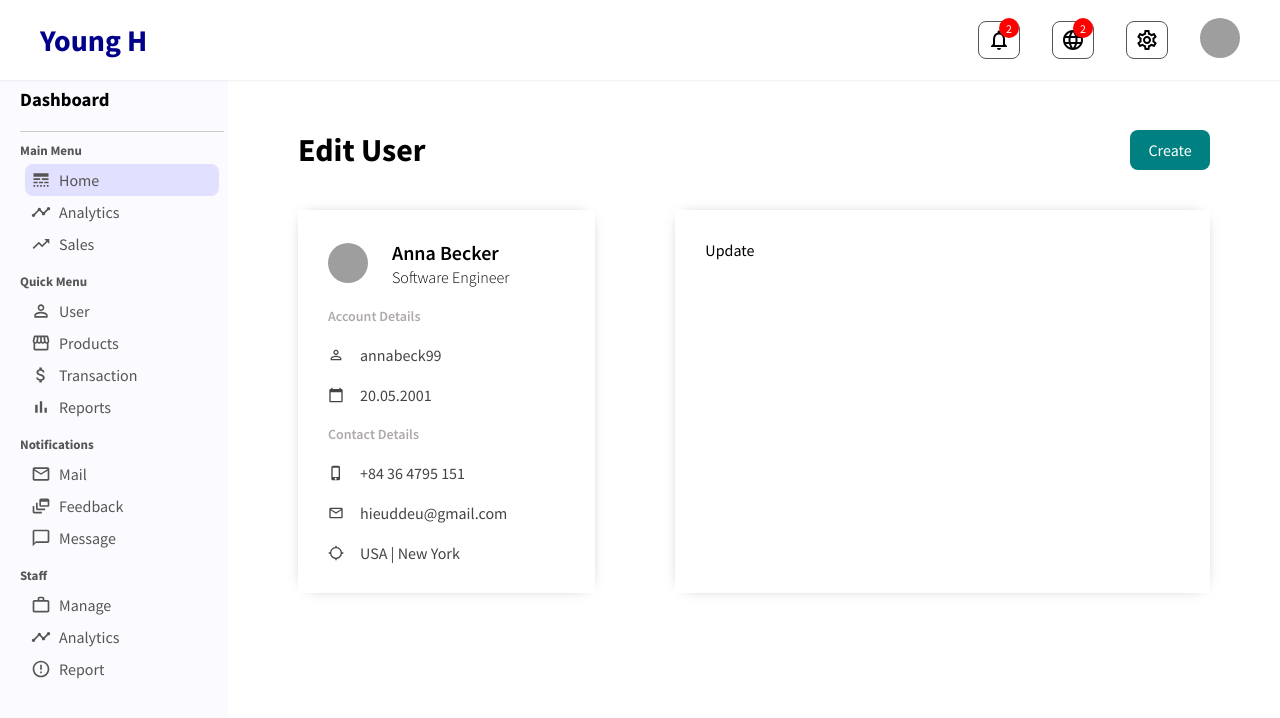
Repository: noname20011/admin
Page: /user/1
An editor plug-in stored every save of this project. The page is shown before and after the next save, followed by the edit.
The browser window is 1280 px wide. The pictures show the whole page.
Pictures or frames that could not be fetched are drawn as grey boxes. The project was rebuilt for these pictures with package versions that can differ from the ones it lists, and the page was loaded fresh each time. Also part of the build but not shown: src/pages/home/home.css, src/comopnents/featureInfo/feature.css, src/comopnents/featureInfo/Feature.jsx, src/comopnents/chart/chart.css, src/comopnents/chart/Chart.jsx, src/comopnents/widgetSm/widgetSm.css, src/comopnents/widgetSm/WidgetSm.jsx, src/comopnents/widgetLg/widgetLg.css and 5 more.

Above is the page before, as saved 2021-11-14 14:26:53.

### public/index.html
<!DOCTYPE html>
<html lang="en">
  <head>
    <meta charset="utf-8" />
    <meta name="viewport" content="width=device-width, initial-scale=1" />
    <meta name="theme-color" content="#000000" />
    <meta
      name="description"
      content="Web site created using create-react-app"
    />
    <!-- GOOGLE FONTS -->
    <link href="https://fonts.googleapis.com/css2?family=Source+Sans+Pro:wght@200;300;400;600;700;900&display=swap" rel="stylesheet">
    <style>
      * {
        font-family: 'Source Sans Pro', sans-serif;
        padding: 0;
        margin: 0;
      }
    </style>
    <title>React Admin App</title>
  </head>
  <body>
    <div id="root"></div>
  </body>
</html>

### src/App.js
import Topbar from "./comopnents/topbar/Topbar";
import Sidebar from "./comopnents/sidebar/Sidebar";
import Home from "./pages/home/Home.jsx"
import UserList from "./pages/userList/UserList";
import User from "./pages/user/User";
import './app.css'

import {BrowserRouter as Router, Routes , Route} from "react-router-dom"
function App() {
  return (
    <div>
      <Router>
        <Topbar/>
        <div className="container">
          <Sidebar/>
          <Routes >
            <Route path="/" exact element={<Home/>}/>
            <Route path="/users" exact element={<UserList/>}/>
            <Route path="/user/:userId" exact element={<User/>}/>
          </Routes>
        </div>
      </Router>
    </div>
  );
}

export default App;

### src/comopnents/topbar/Topbar.jsx
import React from 'react'
import './topbar.css'

import { Language, NotificationsNone, SettingsOutlined  } from '@material-ui/icons'

export default function Topbar() {
    return (
        <div className="topbar">
            <div className="topbarWrapper">
                <div className="topLeft">
                    <div className="logo">Young H</div>
                </div>
                <div className="topRight">
                    <div className="topbarIconContainer">
                        <NotificationsNone/>
                        <div className="topIconsBadge">2</div>
                    </div>
                    <div className="topbarIconContainer">
                        <Language/>
                        <div className="topIconsBadge">2</div>
                    </div>
                    <div className="topbarIconContainer">
                        <SettingsOutlined/>
                    </div>
                    <div>
                        <img src="https://images.pexels.com/photos/1526814/pexels-photo-1526814.jpeg?auto=compress&cs=tinysrgb&dpr=2&w=500" alt="admin" className="topAvatar"/>
                    </div>
                </div>
            </div>
        </div>
    )
}

### src/comopnents/sidebar/Sidebar.jsx
import { AttachMoney, BarChart, ChatBubbleOutline, DynamicFeed, ErrorOutline, LineStyle, MailOutlined, PersonOutline, Storefront, Timeline, TrendingUp,  WorkOutlineOutlined } from '@material-ui/icons'
import React from 'react'
import "./sidebar.css"
export default function Sidebar() {
    return (
        <div className="sidebar">
            <div className="sidebarWrapper">
                <h3 className="sidebarTitle">Dashboard</h3>
                <div className="sidebarMenu">
                    <h4 className="sidebarMenuTitle">Main Menu</h4>
                    <ul className="sidebarLists">
                        <li className="sidebarListItem active">
                            <LineStyle className="sidebarIcon"/>
                            Home
                        </li>
                        <li className="sidebarListItem">
                            <Timeline className="sidebarIcon"/>
                            Analytics
                        </li>
                        <li className="sidebarListItem">
                            <TrendingUp className="sidebarIcon"/>
                            Sales
                        </li>
                    </ul>
                </div>
                <div className="sidebarMenu">
                    <h4 className="sidebarMenuTitle">Quick Menu</h4>
                    <ul className="sidebarLists">
                        <li className="sidebarListItem">
                            <PersonOutline className="sidebarIcon"/>
                            User
                        </li>
                        <li className="sidebarListItem">
                            <Storefront className="sidebarIcon"/>
                            Products
                        </li>
                        <li className="sidebarListItem">
                            <AttachMoney className="sidebarIcon"/>
                            Transaction
                        </li>
                        <li className="sidebarListItem">
                            <BarChart className="sidebarIcon"/>
                            Reports
                        </li>
                    </ul>
                </div>
                <div className="sidebarMenu">
                    <h4 className="sidebarMenuTitle">Notifications</h4>
                    <ul className="sidebarLists">
                        <li className="sidebarListItem">
                            <MailOutlined className="sidebarIcon"/>
                            Mail
                        </li>
                        <li className="sidebarListItem">
                            <DynamicFeed className="sidebarIcon"/>
                            Feedback
                        </li>
                        <li className="sidebarListItem">
                            <ChatBubbleOutline className="sidebarIcon"/>
                            Message
                        </li>
                    </ul>
                </div>
                <div className="sidebarMenu">
                    <h4 className="sidebarMenuTitle">Staff</h4>
                    <ul className="sidebarLists">
                        <li className="sidebarListItem">
                            <WorkOutlineOutlined className="sidebarIcon"/>
                            Manage
                        </li>
                        <li className="sidebarListItem">
                            <Timeline className="sidebarIcon"/>
                            Analytics
                        </li>
                        <li className="sidebarListItem">
                            <ErrorOutline className="sidebarIcon"/>
                            Report
                        </li>
                    </ul>
                </div>
            </div>
        </div>
    )
}

### src/pages/user/User.jsx
import { CalendarToday, LocationSearching, MailOutline, PersonOutline, PhoneIphone } from "@material-ui/icons"
import "./user.css"

export default function User() {
    return (
        <div className="user">
            <div className="userTitleContainer">
                <h1 className="useTitle">Edit User</h1>
                <button className="userAddBtn">
                    Create
                </button>
            </div>
            <div className="userContainer">
                <div className="userShow">
                    <div className="userShowTop">
                        <img src="https://images.pexels.com/photos/1152994/pexels-photo-1152994.jpeg?auto=compress&cs=tinysrgb&dpr=2&w=500" alt="" className="userShowImg" />
                        <div className="userShowTopInfo">
                            <span className="userShowName">Anna Becker</span>
                            <span className="userShowJob">Software Engineer</span>
                        </div>
                    </div>
                    <div className="userShowBottom">
                        <span className="userShowTitle">Account Details</span>
                        <div className="userShowBottomInfo">
                            <PersonOutline className="userShowIcon"/>
                            <span className="userShowInfo">annabeck99</span>
                        </div>
                        <div className="userShowBottomInfo">
                            <CalendarToday className="userShowIcon"/>
                            <span className="userShowInfo">20.05.2001</span>
                        </div>
                        <span className="userShowTitle">Contact Details</span>
                        <div className="userShowBottomInfo">
                            <PhoneIphone className="userShowIcon"/>
                            <span className="userShowInfo">+84 36 4795 151</span>
                        </div>
                        <div className="userShowBottomInfo">
                            <MailOutline className="userShowIcon"/>
                            <span className="userShowInfo">hieuddeu@gmail.com</span>
                        </div>
                        <div className="userShowBottomInfo">
                            <LocationSearching className="userShowIcon"/>
                            <span className="userShowInfo">USA | New York</span>
                        </div>
                    </div>
                </div>
                <div className="userUpdate">
                    Update
                </div>
            </div>
        </div>
    )
}

### src/app.css
ul, li {
    list-style: none;
}

a {
    text-decoration: none;
}

.container {
    display: flex;
}

.other {
    flex: 4;
}

button, input {
    border: none;
    outline: none;
}

### src/comopnents/topbar/topbar.css
.topbar {
    width: 100%;
    height: 80px;
    background: #fff;
    box-shadow: 0 .5px 2px rgba(0, 0, 0, 0.07);

    position: sticky;
    top: 0;
    z-index: 1000;
}

.topbarWrapper {
    height: 100%;
    padding: 0 40px;
    display: flex;
    justify-content: space-between;
    align-items: center;
}

.logo {
    font-weight: bold;
    font-size: 30px;
    color: darkblue;
    cursor: pointer;
}

.topRight {
    display: flex;
    align-items: center;
    column-gap: 2rem;
}
.topbarIconContainer {
    position: relative;
    cursor: pointer;
    width: 40px;
    height: 36px;
    border: 1px solid #555;
    border-radius: .5rem;
    display: flex;
    align-items: center;
    justify-content: center;
}

.topbarIconContainer:hover {
    background-color: rgb(248, 246, 246);
}

.topIconsBadge {
    font-size: 12px;
    position: absolute;
    top: -4px;
    right: 0px;

    width: 20px;
    height: 20px;
    background-color: red;
    color: #fff;
    border-radius: 50%;

    display: flex;
    place-content: center;
    place-items: center;
}

.topAvatar {
    width: 40px;
    height: 40px;
    object-fit: cover;
    border-radius: 50%;
    cursor: pointer;
}

### src/comopnents/sidebar/sidebar.css
.sidebar {
    flex: 1;
    background-color: rgb(251, 251, 255);
    position: sticky;
    top: 80px;
    height: calc(100vh - 80px);
}

.sidebarWrapper {
    padding: 8px 4px 0 20px;
}

.sidebarTitle {
    padding-bottom: 20px;
    margin-bottom: 10px;
    border-bottom: 1px solid #ccc;
}

.sidebarMenu {
    margin-bottom: 8px;
}

.sidebarMenuTitle {
    color: #555;
    font-size: 13px;
}

.sidebarLists {
    padding: 5px;
}

.sidebarListItem {
    display: flex;
    align-items: center;
    column-gap: .5rem;

    padding: 6px;
    color: #555;
    cursor: pointer;
    border-radius: .5rem;
}

.sidebarListItem.active,
.sidebarListItem:hover {
    background-color: rgb(225, 225, 255);
}

.sidebarIcon {
    font-size: 20px!important;
}

### src/pages/user/user.css
.user {
    flex: 4;
    margin: 20px 40px;
    padding: 30px;
}

.userTitleContainer {
    display: flex;
    justify-content: space-between;
    margin-bottom: 20px;
}

.userAddBtn {
    width: 80px;
    border-radius: .5rem;
    background-color: teal;
    padding: 5px;

    color: #fff;
    font-size: 16px;
    cursor: pointer;

}
.userContainer {
    display: flex;
    justify-content: space-between;
    column-gap: 5rem;
}
.userShow {
    flex: 1;
    margin: 20px 0;
    padding: 30px;
    -webkit-box-shadow: 0px 0px 15px -10px rgba(0, 0, 0, 0.75);
    box-shadow: 0px 0px 15px -10px rgba(0, 0, 0, 0.75);
}

.userShowTop {
    display: flex;
    column-gap: 1.5rem;
    align-items: center;
}

.userShowTopInfo {
    display: flex;
    flex-direction: column;
    row-gap: .1rem;
}

.userShowName {
    font-size: 20px;
    font-weight: 600;
}

.userShowJob {
    font-size: 16px;
    font-weight: 300;
}

.userShowImg {
    width: 40px;
    height: 40px;
    border-radius: 50%;
    object-fit: cover;
}

.userShowTitle {
    font-size: 14px;
    font-weight: 600;
    color: rgb(175, 170, 170);
    display: block;
    margin-top: 20px;
}

.userShowBottomInfo {
    display: flex;
    align-items: center;
    column-gap: 1rem;

    margin-top: 20px;
    color: #444;
}

.userShowIcon {
    font-size: 16px !important;
}
.userUpdate {
    flex: 2;
    margin: 20px 0;
    padding: 30px;
    -webkit-box-shadow: 0px 0px 15px -10px rgba(0, 0, 0, 0.75);
    box-shadow: 0px 0px 15px -10px rgba(0, 0, 0, 0.75);
}

Loaded but not shown: src/index.js (common file)

After the next save:
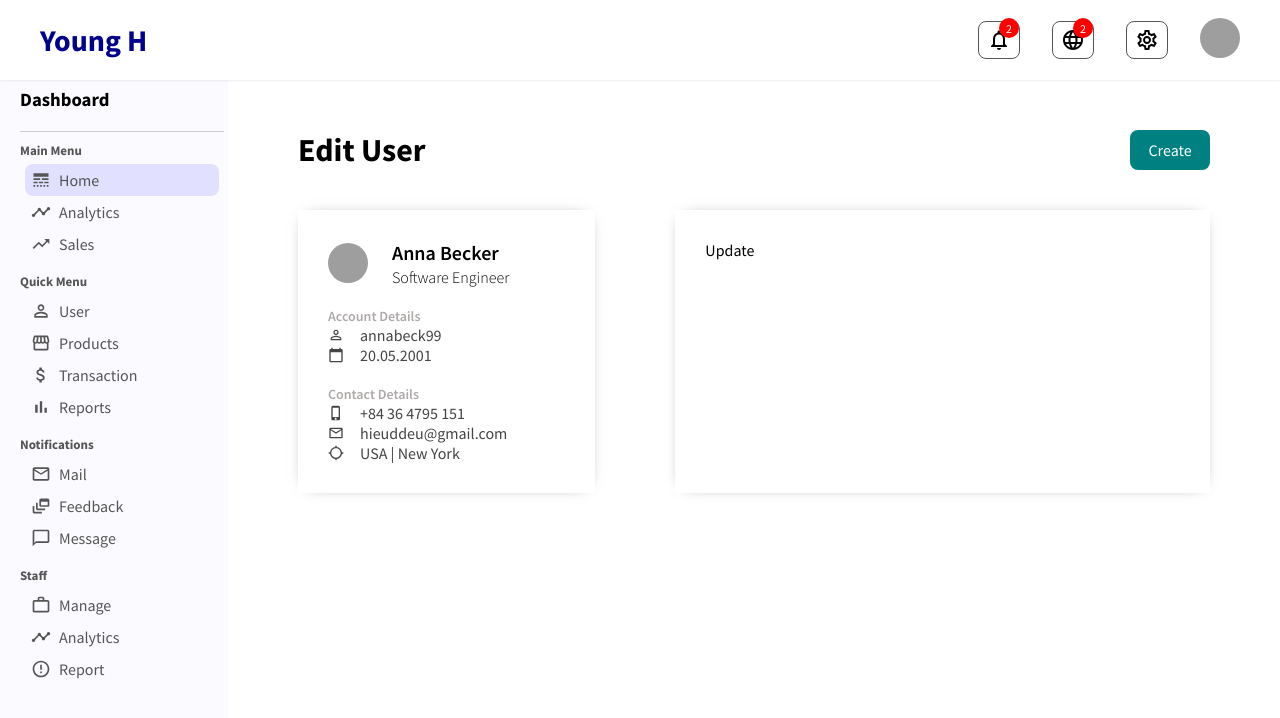
Saved 15 s later.
--- a/src/pages/user/user.css
+++ b/src/pages/user/user.css
@@ -76,7 +76,7 @@
     align-items: center;
     column-gap: 1rem;
 
-    margin-top: 20px;
+    margin-top: 20px 0 20px 5px;
     color: #444;
 }
 
